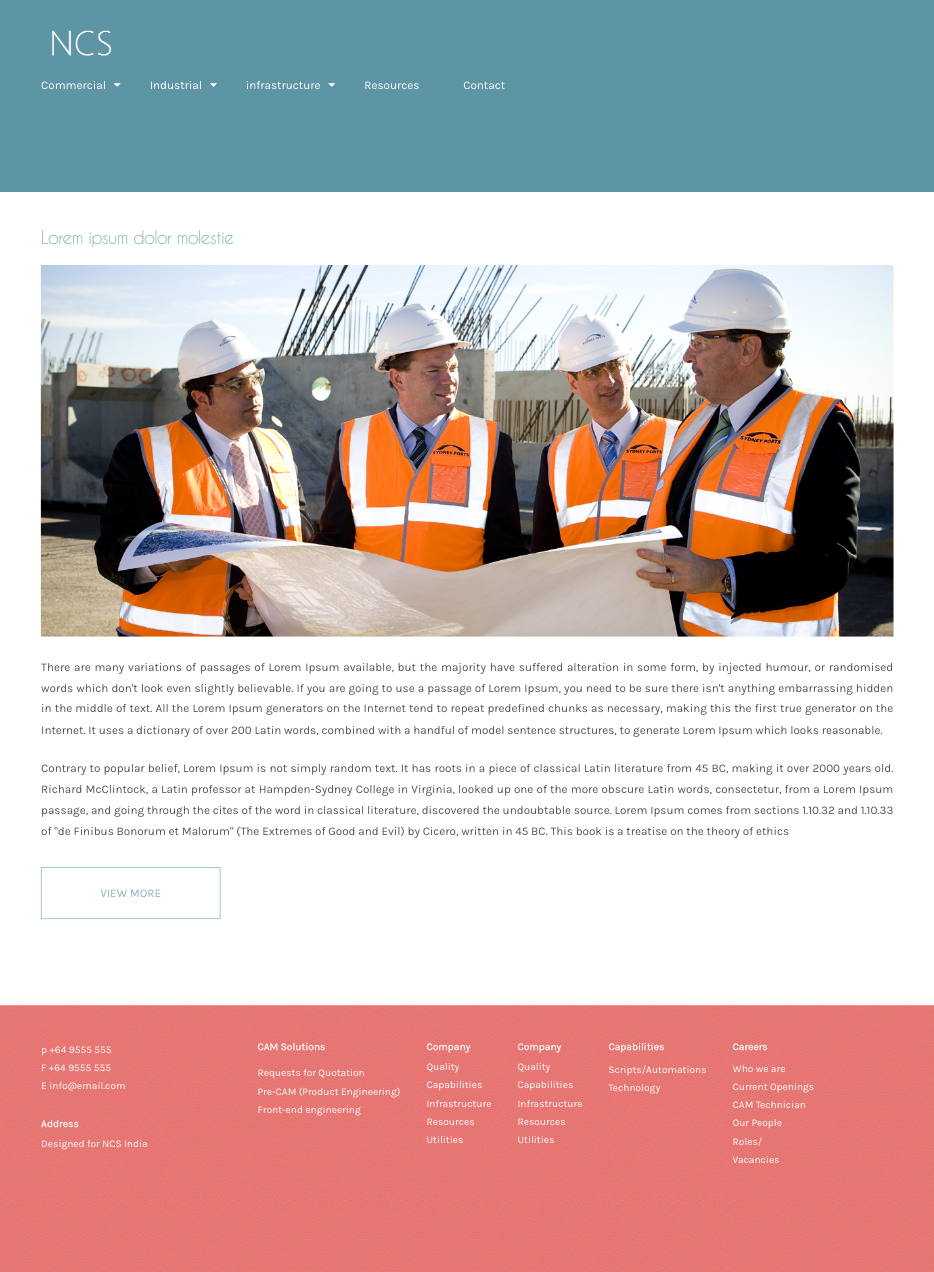
Repository: achalbi/NCS_demo
Page: public/details.html
The author's editor kept a record of every edit. The page is drawn from the files as they stood at one moment, then again after the next edit.
The browser window is 1280 px wide. The pictures show the whole page, at 73% of full size.

Above is the page before.

After the next edit:
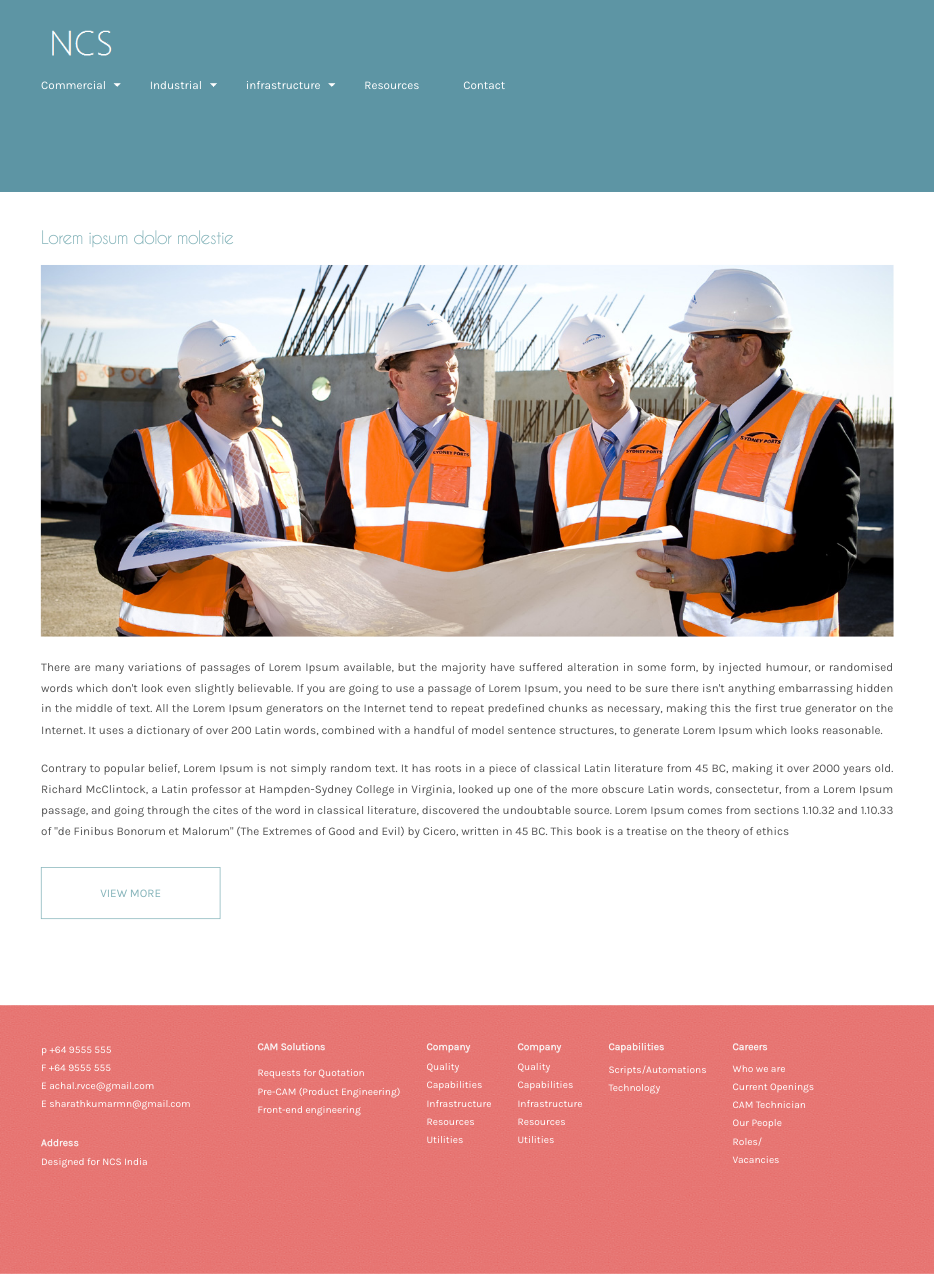
The edit:
--- a/public/details.html
+++ b/public/details.html
@@ -89,7 +89,8 @@
 			<div class="address">
 				<p>p +64 9555 555</p>
 				<p>F +64 9555 555</p>
-				<p>E <a href="">info@email.com</a> </p>
+				<p>E <a href="">achal.rvce@gmail.com</a> </p>
+				<p>E <a href="">sharathkumarmn@gmail.com</a> </p>
 				<h3 class="top">Address</h3>
 				<p class="top">Designed for <a href="http://www.ncs-india.com/"> NCS India</a></p>
 			</div>
